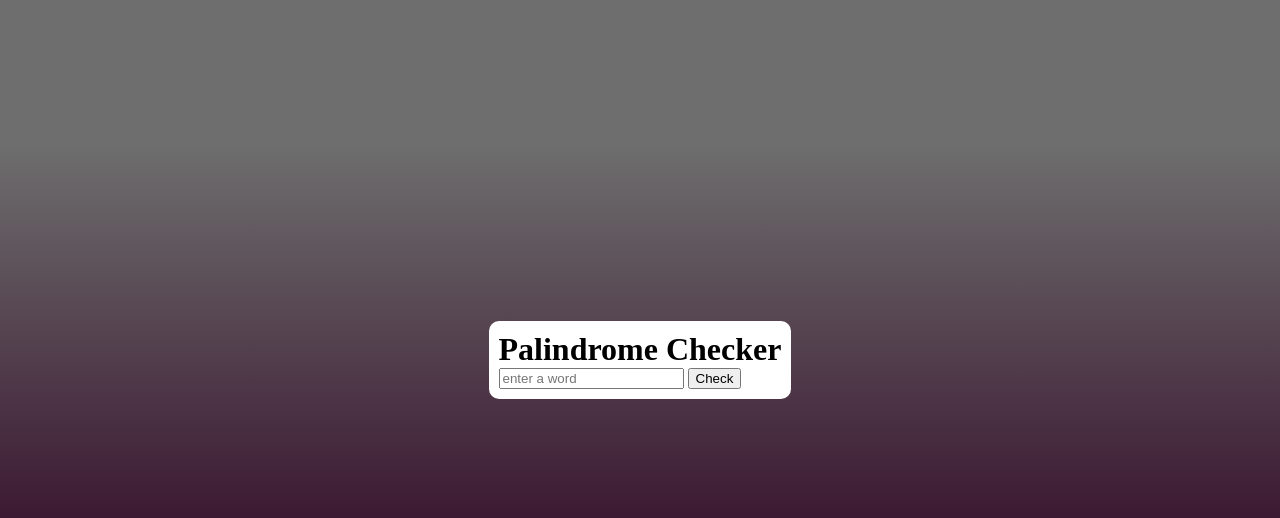
Repository: albinsabu2023/palindromeChecker
Page: index.html
An editor plug-in stored every save of this project. The page is shown before and after a run of saves, followed by the edit.
The browser window is 1280 px wide. The pictures show the whole page.

Above is the page before, as saved 2023-09-12 01:16:59.

### index.html
<!DOCTYPE html>
<html lang="en">
<head>
    <meta charset="UTF-8">
    <meta name="viewport" content="width=device-width, initial-scale=1.0">
    <title>Document</title>
    <link rel="stylesheet" href="style.css">
</head>
<body>
    <div class="container">
        <h1>Palindrome Checker</h1>
        <input type="text" id="inputText" placeholder="enter a word">
        <button id="checkButton">Check</button>
        <div id="result">

        </div>
    </div>
    <script src="home.js"></script>
</body>
</html>

### style.css
*{
    margin:0;

}
body{
    display: flex;
    align-items: center;
    justify-content: center;
    height: 100vh;
    background:linear-gradient(rgb(110, 110, 110) 20%, rgb(58, 22, 48) 74%) ;
}
.container{
    padding: 10px;
    margin: 10px;
    background-color: white;
    border-radius: 10px;
}

Loaded but not shown: home.js (no copy from this time; the picture is the same without it)

After the next 2 saves:
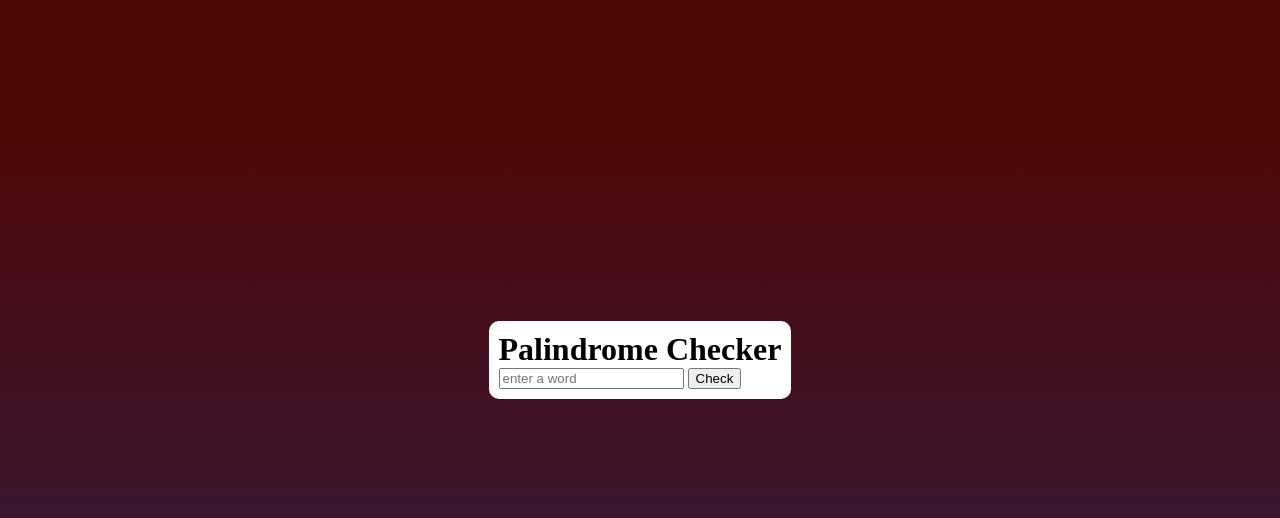
The 2 saves are shown as one change because they came seconds apart.
The last was saved 7 s later.
--- a/style.css
+++ b/style.css
@@ -7,7 +7,7 @@
     align-items: center;
     justify-content: center;
     height: 100vh;
-    background:linear-gradient(rgb(110, 110, 110) 20%, rgb(58, 22, 48) 74%) ;
+    background:linear-gradient(rgb(77, 8, 8) 20%, rgb(58, 22, 48) 74%) ;
 }
 .container{
     padding: 10px;
